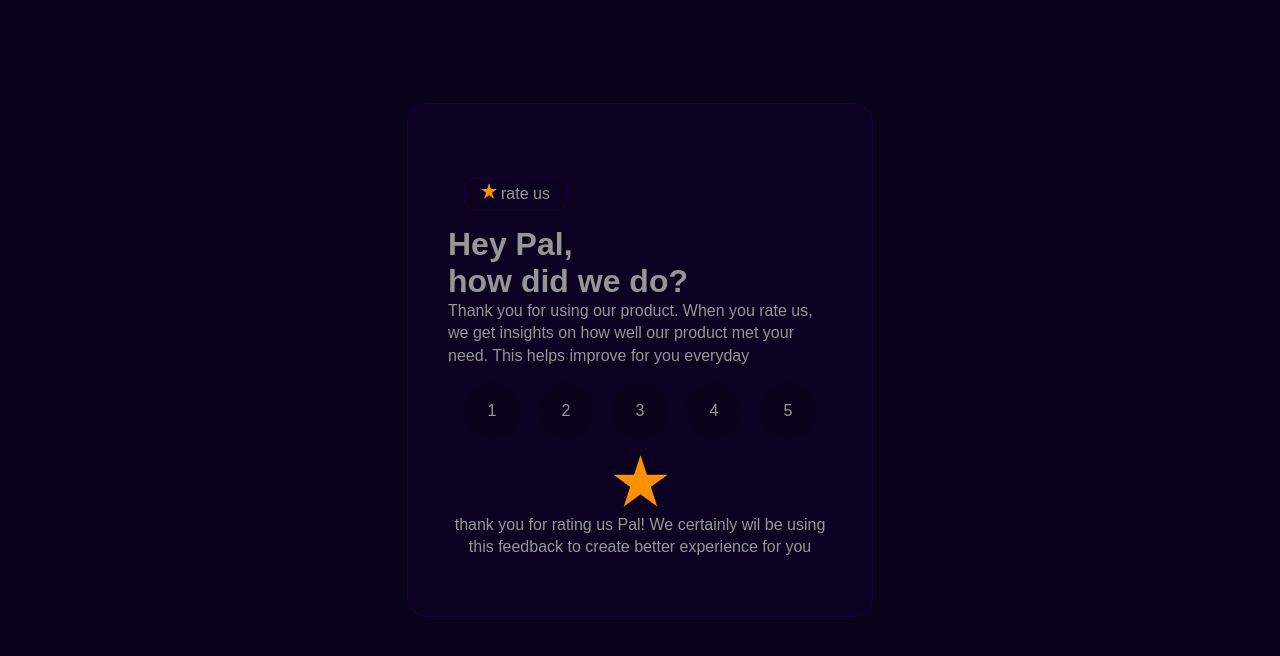
Repository: russel-success/xcodepp-TASK-2
Page: index.html
The author's editor kept a copy of each file at every save. The page is drawn from the files as they stood at one save, then again after the next save.
The browser window is 1280 px wide. The pictures show the whole page.

Above is the page before, as saved 2024-05-27 17:24:57.

### index.html
<!DOCTYPE html>
<html lang="en">
<head>
    <meta charset="UTF-8">
    <meta name="viewport" content="width=device-width, initial-scale=1.0">
    <link rel="stylesheet" href="styles/styles.css">
    <title>Ratings</title>
</head>
<body>
    <div class="container">
        <div class="card-container">
            <div class="submit-state-container">
                <div class="rate-us">
                    <span><img src="assets/star.png" alt=""></span><span><p>rate us</p></span>
                </div>
                <div class="ss-body-text-container">
                    <h1>Hey Pal,<br> how did we do?</h1>
                    <p class="body-text">Thank you for using our product. When you rate us, we get insights on how well our product met your need. This helps improve for you everyday</p>
                </div>
                <div class="ratings-container">
                    <div class="rating">1</div>
                    <div class="rating">2</div>
                    <div class="rating">3</div>
                    <div class="rating">4</div>
                    <div class="rating">5</div>
                </div>
                <!-- <div class="button-container"><button class="submit">submit</button></div> -->
            </div>
            <div class="feedback-state-container">
                <div class="rate-and-star">
                    <div id="rate-value"></div>
                    <div id="fd-star">
                        <img src="assets/star.png" alt="">
                    </div><br>
                </div>

                <div class="fd-body-text-container">
                    <p>thank you for rating us Pal! We certainly wil be using this feedback to create better experience for you</p>
                </div>

             </div>
    </div>
    </div>
    <script src="script.js"></script>
</body>
</html>

### styles/styles.css
:root{
    --prim-purple:rgb(8, 1, 30);
    --headline:Arial, Helvetica, sans-serif ;
}
*{
    padding:0;
    margin:0;
    transition:0.3s ease;
}
.container{
    background:rgb(10, 1, 27);
    width:100vw;
    height:100vh;
    display:flex;
    justify-content: center;
    align-items: center;
}
.submit-state-container{
    display:contents;
}
.feedback-state-container{
    display:none;
    text-align:center;
    display:flex;
    align-items:center;
    justify-content: center;
    flex-direction:column;

}
.card-container{
    width:30%;
    min-width:240px;
    height:60%;
    min-height:250px;
    box-sizing:content-box;
    padding:40px;
    margin:24px;
    border-radius: 20px;
    border:1px solid rgb(23, 0, 63);
    background:rgb(13, 1, 34);
    color:rgb(150, 150, 150);
    font-family:var(--headline);
    line-height: 1.4rem;
    font-weight:100;
    display:flex;
    /* align-items:center; */
    justify-content: center;
    flex-direction:column;
    transition:box-sizing 0.8s ease;
}
.rate-us{
    display: flex;
    justify-content:left;
    align-items: center;
    gap:4px;
    margin:16px;
    padding:4px 16px;
    border:1px solid rgb(23, 0, 63);
    border-radius:10px;
    width:fit-content;
    height:fit-content;
}
.rate-us img{
    width:16px;
}
.body-text-container{
    width:fit-content;
    height:fit-content;
    padding:16px;
    display:flex;
    flex-direction: column;
    gap:16px;
}
h1{
    line-height: normal;
    font-weight:700;
}
.body-text{
    color:inherit;
}
.ratings-container{
    display:flex;
    justify-content:space-between;
    align-items: center;
    width:auto;
    height:56px;
    /* border:1px solid white; */
    margin:16px;
}
.rating{
    /* border:1px solid white; */
    width:56px;
    height:56px;
    /* min-width:40px;
    min-height:40px; */
    text-align:center;
    align-content:center;
    border-radius:28px;
    background:rgb(10, 1, 27);
    color:rgb(150, 150, 150);
    transition:background 0.3s ease;
    cursor:pointer;
}
.rating:hover{
    background:rgb(150, 150, 150);
    color:rgb(13, 1, 34);
}

.chosen-rating{
    background:rgb(255, 145, 0);
    color:rgb(13, 1, 34);
}
.button-container{
    display:flex;
    justify-content:center;
    align-items: center;
    width:auto;
    height:auto;
    padding:8px 16px;
}
.submit{
    width:100%;
    height:fit-content;
    padding:12px 0;
    border-radius:10px;
    border:1px solid rgb(23, 0, 63);
    background:rgb(150, 150, 150);
    transition: 0.2s ease;
    cursor:pointer;
    transform:translate3d(0,15px,100px);
    opacity:0;
    animation: slide-in 0.7s 0.1s forwards;
}
.submit:hover{
    background:rgb(138, 138, 138);
}
.rate-and-star{
    display:flex;
    justify-content: center;
    align-items:center;
    gap:4px;
    height:fit-content;
}
#rate-value{
    font-size:8rem;
}
#fd-star{
    text-align:center;
    width:auto;

}
@keyframes slide-in{
    /* 0%{transform:translate3d(0,100px,20px)} */
    100%{transform:translate3d(0,0,0); opacity:1}
}
@media screen and (max-width:360px){
   text{
    font-size:0.9rem;
   }
   .card-container{
    height:40%;
    padding:32px;
    box-sizing:content-box;
   }
   .rating{
    width:40px;
    height:40px;
    border-radius:20px;
    font-size:0.8rem;
   }
}

### script.js
var ratings=document.querySelectorAll(".rating");
const card_container=document.querySelector(".card-container");
const submit_state_container=document.querySelector(".submit-state-container");
const feedback_state_container=document.querySelector(".feedback-state-container");
const button_container=document.createElement("div");
button_container.classList.add("button-container");
const submit=document.createElement("button");
submit.classList.add("submit");
submit.textContent="submit";
//rating user chose, displayed in feedback message
rate_span=document.querySelector("#rate-value");

// console.log(ratings[1].textContent);
ratings.forEach(element=>{
    element.addEventListener("click",()=>{
        ratings.forEach(element=>{
            element.classList.remove('chosen-rating');
        })
        element.classList.add('chosen-rating');
        var rate_val=element.textContent;
        rate_span.textContent=rate_val;
       for(var i=0; i<element.textContent; i++){
        ratings[i].classList.add('chosen-rating');
       }
       button_container.appendChild(submit);
      submit_state_container.appendChild(button_container);

    });


});

submit.addEventListener("click",()=>{
    submit_state_container.style.display="none";
    feedback_state_container.style.display="contents";
    console.log(rate_span.textContent);
});

After the next save:
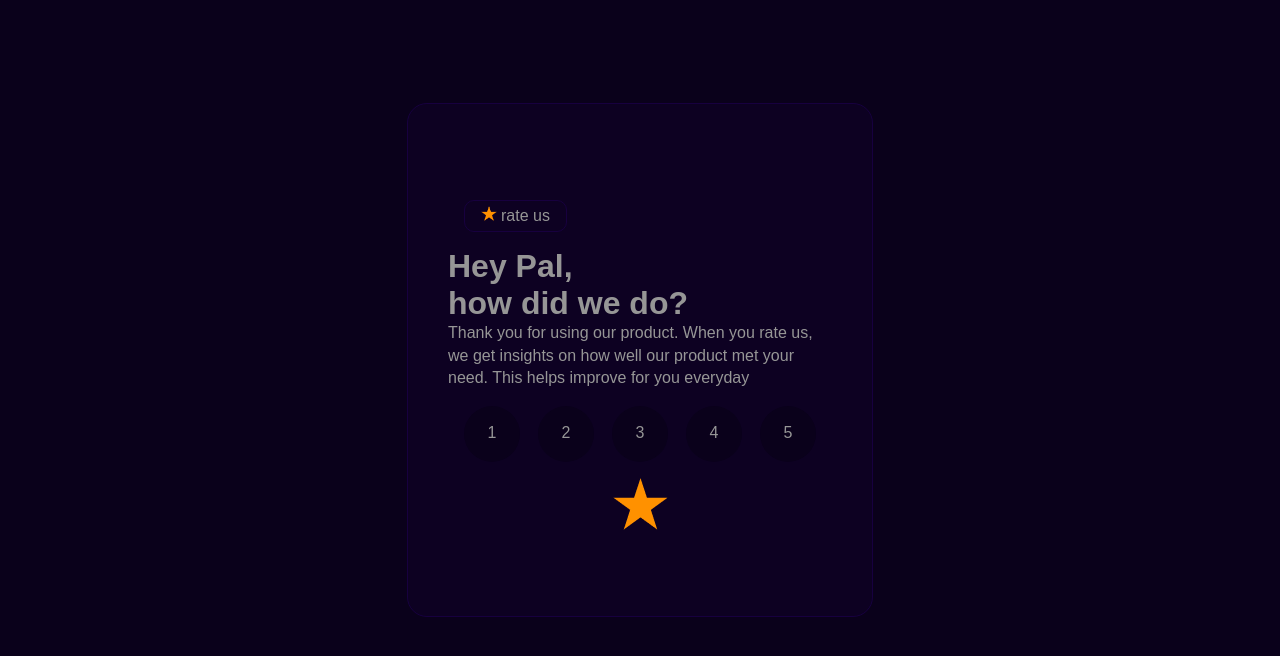
Saved 12 s later.
--- a/index.html
+++ b/index.html
@@ -34,9 +34,9 @@
                     </div><br>
                 </div>
 
-                <div class="fd-body-text-container">
+                <!-- <div class="fd-body-text-container">
                     <p>thank you for rating us Pal! We certainly wil be using this feedback to create better experience for you</p>
-                </div>
+                </div> -->
 
              </div>
     </div>
